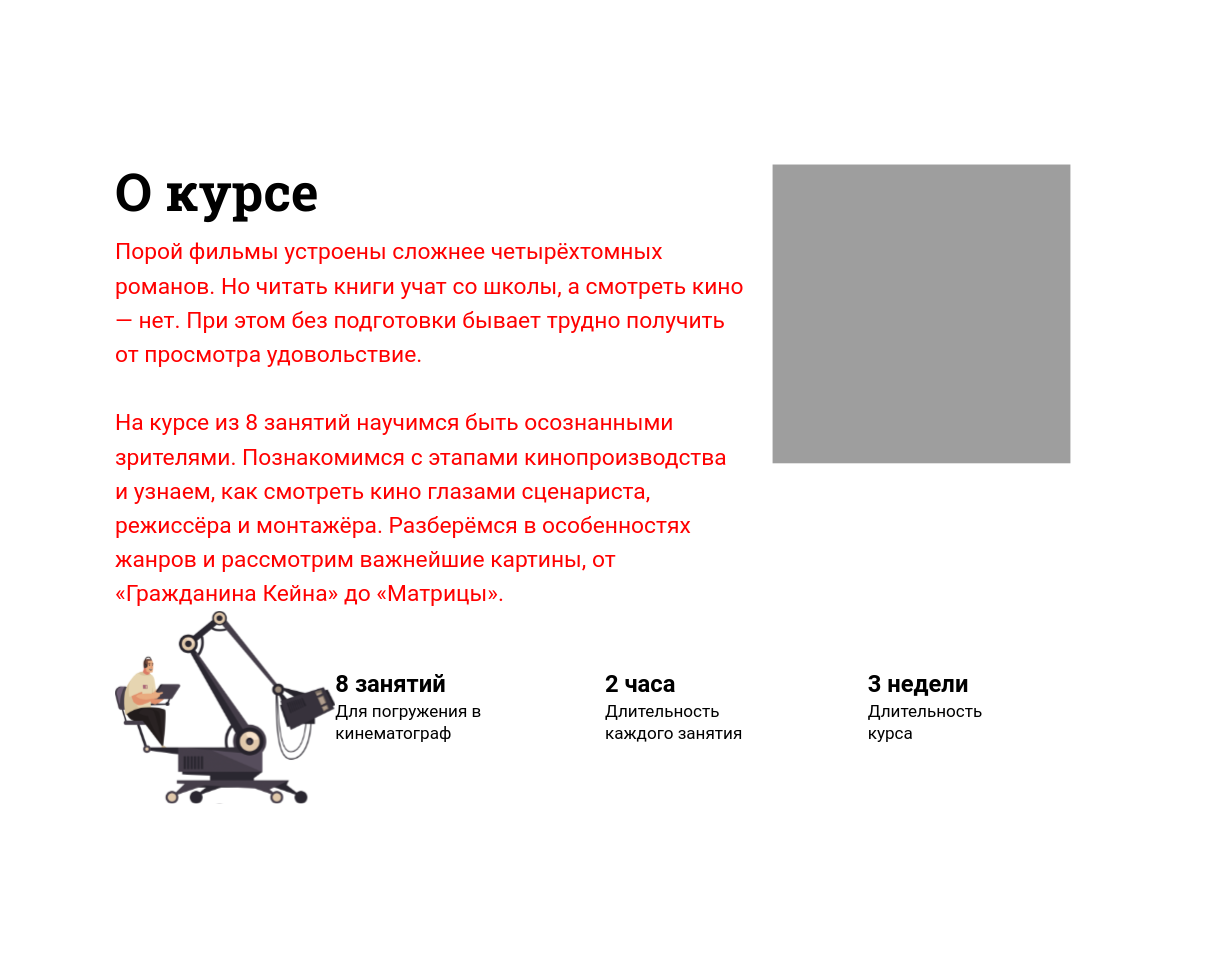
Repository: FaridRustamov09/task8
Page: index.html
An editor plug-in stored every save of this project. The page is shown before and after the next save, followed by the edit.
The browser window is 1280 px wide. The pictures show the whole page, at 95% of full size.
Pictures or frames that could not be fetched are drawn as grey boxes.

Above is the page before, as saved 2023-11-06 18:27:40.

After the next save:
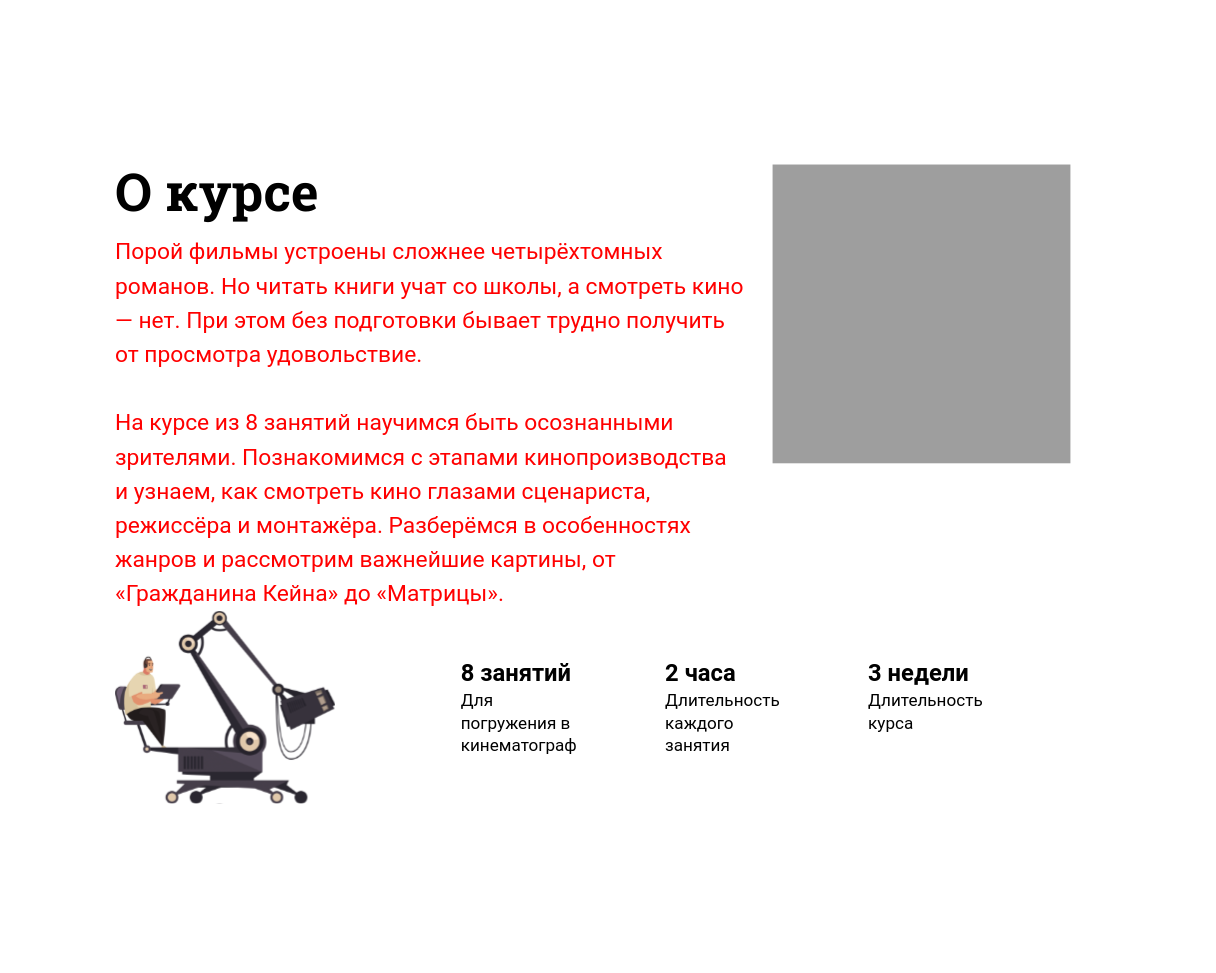
Saved 4 s later.
--- a/index.css
+++ b/index.css
@@ -47,7 +47,7 @@ height: 203px;
   }
 .box-2 ul {
   display: flex;
-  mar
+  margin-left: 132px;
 
 }
 .box-2 ul li {
